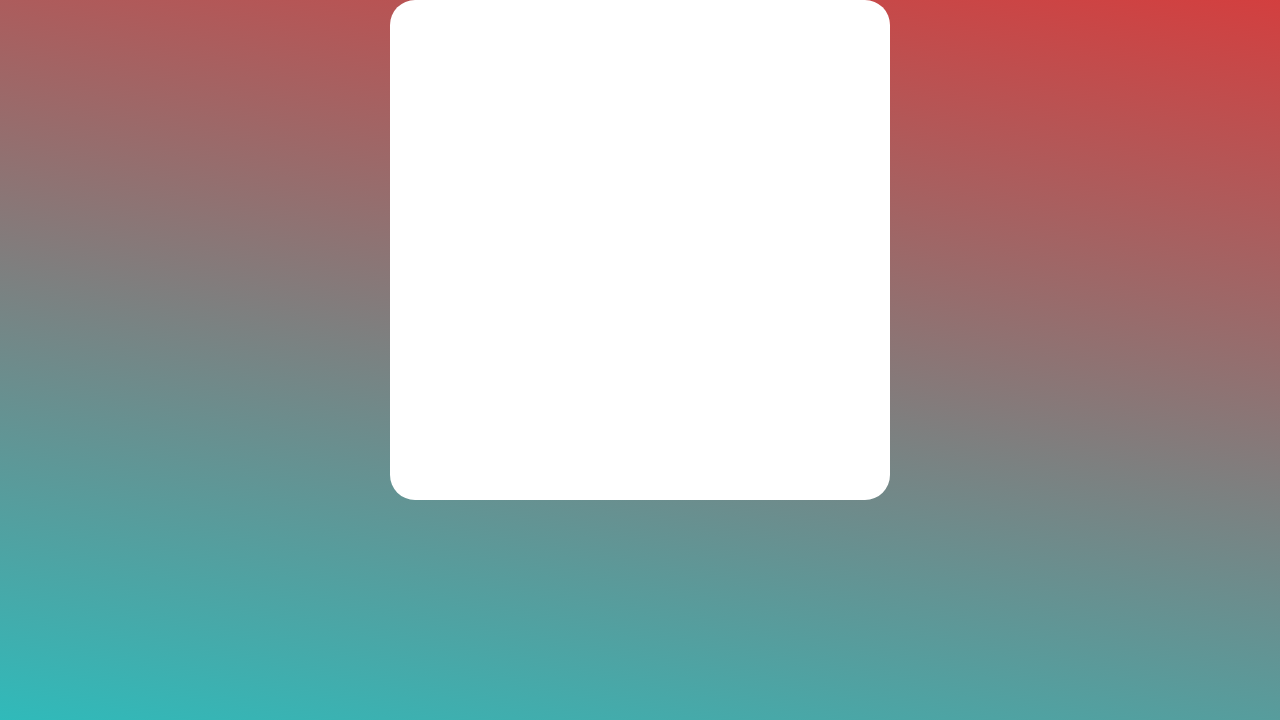
Repository: Lewisjohnward/kindle-clippings-to-cards
Page: /
The author's editor kept a copy of each file at every save. The page is drawn from the files as they stood at one save, then again after the next save.
The browser window is 1280 px wide. The pictures show the whole page.
The project was rebuilt for these pictures with package versions that can differ from the ones it lists, and the page was loaded fresh each time.

Above is the page before, as saved 2021-10-28 20:23:22.

After the next save:
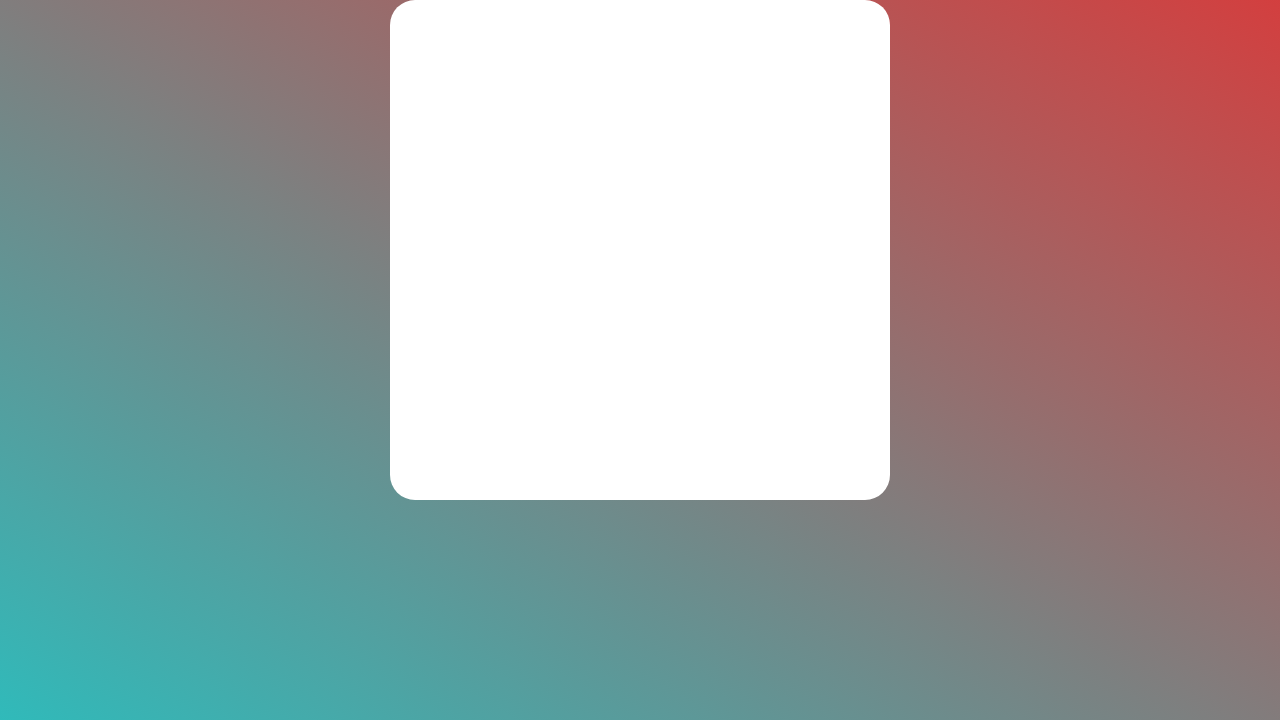
Saved 6 s later.
--- a/src/App.js
+++ b/src/App.js
@@ -12,7 +12,7 @@
         background-repeat: no-repeat;
         background-attachment: fixed;
         background-image: linear-gradient(
-            10deg,
+            30deg,
             rgb(48, 186, 186),
             rgb(211, 63, 63)
         );
